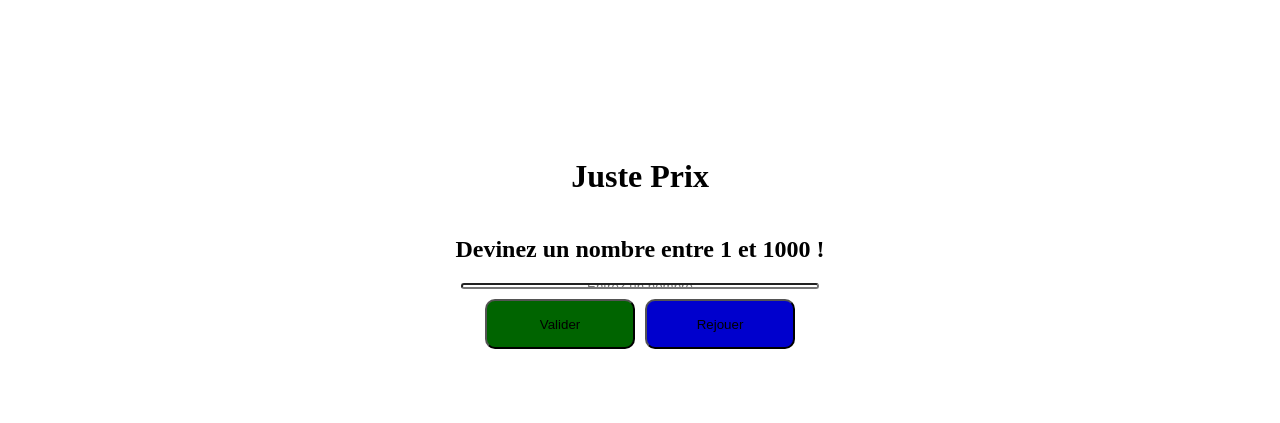
Repository: Coumba25040/coumbaProjet
Page: coursDom/justePrix.html
The author's editor kept a copy of each file at every save. The page is drawn from the files as they stood at one save, then again after the next save.
The browser window is 1280 px wide. The pictures show the whole page.

Above is the page before, as saved 2025-06-04 18:22:48.

### coursDom/justePrix.html
<!DOCTYPE html>
<html lang="en">

<head>
    <meta charset="UTF-8">
    <meta name="viewport" content="width=device-width, initial-scale=1.0">
    <title>Document</title>
    <link rel="stylesheet" href="justePrix.css">
</head>

<body>
    <h1>Juste Prix</h1>
    <h2>Devinez un nombre entre 1 et 1000 !</h2>
    <input type="text" placeholder="Entrez un nombre">
<div class="btnContainer">
    <button id="valider">Valider</button>
    <button id="rejouer">Rejouer</button>
</div>
    <p></p>
    <script src="justePrix.js"></script>
</body>

</html>


<!-- Exercice : Créez le jeu du "Juste Prix" !
Objectif : Créer un jeu interactif avec HTML, CSS, et JavaScript où l'utilisateur doit deviner un nombre aléatoire généré par l'ordinateur.

Consignes
Structure HTML :

Créez une page avec un titre indiquant le nom du jeu : "Le Juste Prix".
Ajoutez une zone d'affichage pour les instructions (par exemple : "Devinez un nombre entre 1 et 10000 !").
Ajoutez un champ de saisie permettant à l'utilisateur d'entrer un nombre.
Placez un bouton pour soumettre la proposition de l'utilisateur.
Préparez une zone pour afficher des messages (ex. : "C'est plus !", "C'est moins !" ou "Bravo, vous avez trouvé le juste prix !").
Style CSS :

Stylisez votre page pour qu'elle soit agréable visuellement.
Ajoutez une couleur de fond, des marges et un style pour les messages.
Comportement JavaScript :

Générez un nombre aléatoire entre 1 et 10000 dès le chargement de la page.
Récupérez la proposition de l'utilisateur lorsque le bouton est cliqué.
Comparez la proposition de l'utilisateur avec le nombre généré :
Si le nombre est trop petit, affichez : "C'est plus !" via un innerHTML et et avec de la couleur !
Si le nombre est trop grand, affichez : "C'est moins !" via un innerHTML et et avec de la couleur !.
Si c'est le bon nombre, affichez un message de félicitations et désactivez le champ de saisie.
Limitez le nombre d'essais à 10 et affichez un message de défaite si le joueur ne trouve pas après 10 tentatives.
Bonus :

Ajoutez un bouton "Rejouer" qui réinitialise le jeu (recharge la page ou génère un nouveau nombre).
Ajoutez un compteur pour afficher le nombre d'essais restants. -->

### coursDom/justePrix.css
body{
   display: flex;
   flex-direction: column;
   align-items: center;
   text-align: center;
}
h1{
    margin-top: 150px;
}

input{
    height: 0px;
    width: 350px;
    border-radius: 10px;
    text-align: center;
}
button{
    border-radius: 10px;
    width: 150px;
    height: 50px;
    margin-top: 10px;
}
#valider{
    background-color: darkgreen;
}
#rejouer{
    background-color: mediumblue;
}
.btnContainer{
    display: flex;
    justify-content: center;
    gap: 10px;
}

### coursDom/justePrix.js
let inputNombre = document.querySelector("input")
let btnValider = document.getElementById("valider")
let btnRejouer = document.getElementById("rejouer")
let p = document.querySelector("p")

console.log(inputNombre)

let min = 1
let max = 1000
let random = Math.floor(Math.random() * (max - min) + min)
console.log(random)
let tentatives = 10

btnValider.addEventListener('click', function () {
    let valeur = inputNombre.value
    if (tentatives > 0) {
        tentatives--
        console.log(valeur)
        if (valeur > random) {
            p.textContent = "Trop Grand attention il vous reste " + tentatives + " tentatives"
        } else if (valeur < random) {
            p.textContent = "Trop Petit attention il vous reste " + tentatives + " tentatives"
        } else if (valeur == random) {
            p.textContent = "Bravo, vous avez trouvé le juste prix !"
        }
        if (tentatives == 0 && valeur != random) {
            p.textContent = 'Perdu le nombre étais ' + random + ' cliquez sur rejouer'
            btnValider.disabled = true

        }
    }
})

btnRejouer.addEventListener('click', function () {
    tentatives = 10
    random = Math.floor(Math.random() * (max - min) + min)
    console.log("Nouveaux nombre " + random)
    valeur = " "
    p.textContent = " "
    btnValider.disabled = false
})

After the next save:
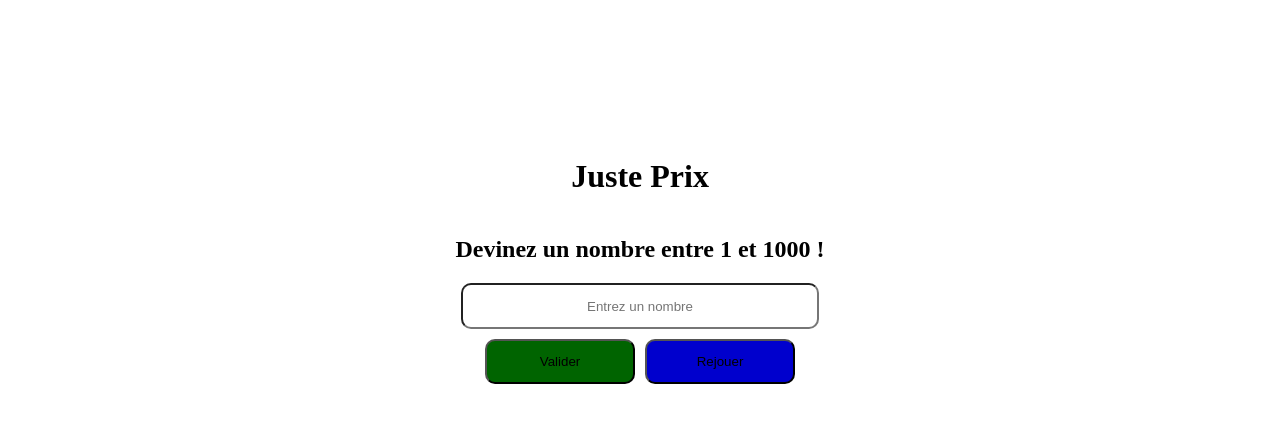
Saved 41 s later.
--- a/coursDom/justePrix.css
+++ b/coursDom/justePrix.css
@@ -9,7 +9,7 @@ h1{
 }
 
 input{
-    height: 0px;
+    height: 40px;
     width: 350px;
     border-radius: 10px;
     text-align: center;
@@ -17,7 +17,7 @@ input{
 button{
     border-radius: 10px;
     width: 150px;
-    height: 50px;
+    height: 45px;
     margin-top: 10px;
 }
 #valider{
